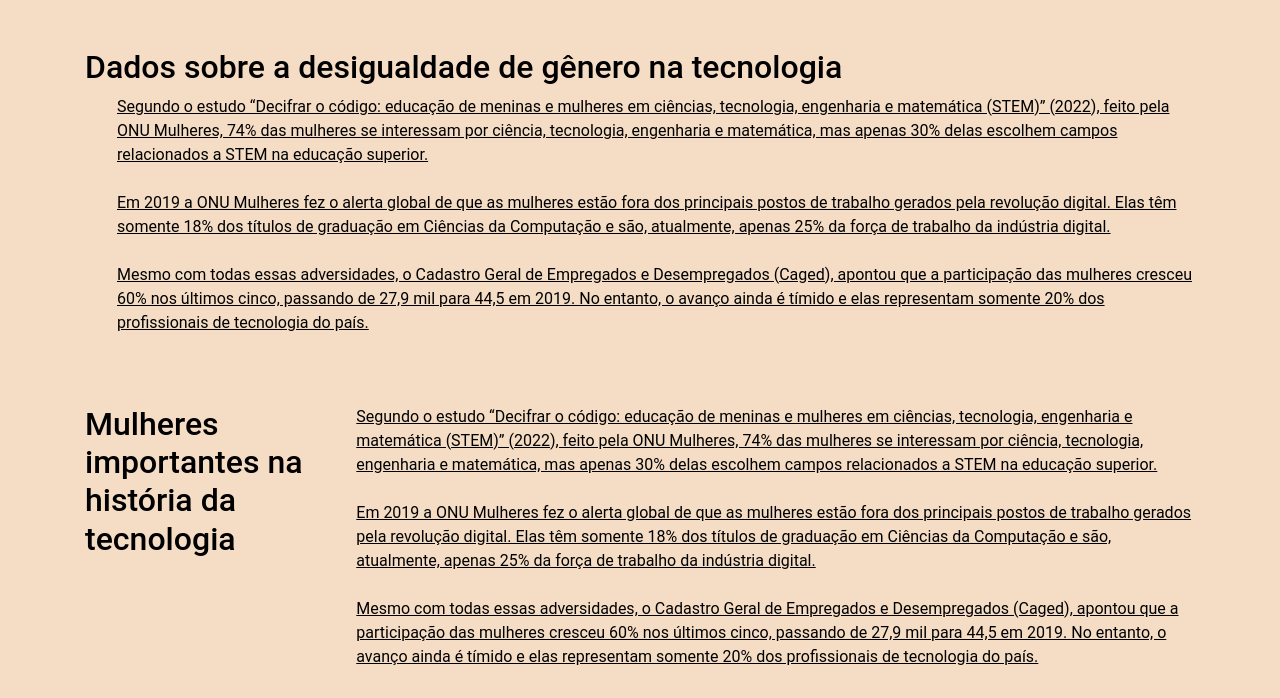
Repository: BellsBarbosa/ODS5_IGUALDADE_DE_GENERO
Page: index.html
These files come from the project's save history. The page is drawn as it stood at one moment and after the next save; the edit follows.
The browser window is 1280 px wide. The pictures show the part of the page from y = 1260 to 1958 px (the page is 2894 px tall before and 2939 px after).
A picture or video elsewhere on the page could not be fetched, so the positions and the page height are approximate.

Above is the page before, as saved 2023-08-11 15:21:51.

After the next save:
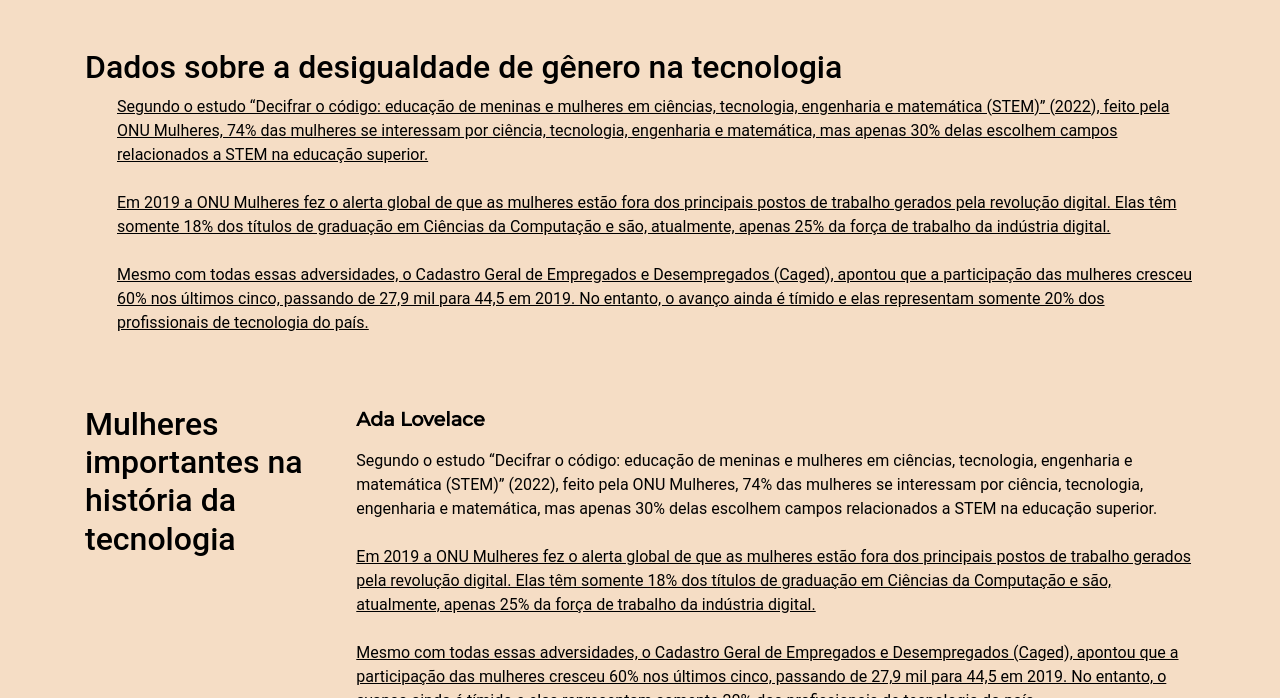
Saved 32 s later.
--- a/index.html
+++ b/index.html
@@ -136,8 +136,7 @@
         <div class="destaques">
             <h2>Mulheres importantes na história da tecnologia</h2>
             <ul>
-                <li> <a href="https://blog.google/intl/pt-br/novidades/por-dentro-do-google/mind-the-gap-2022-incentivando-meninas-a-ingressarem-em-carreiras-na-area-de-tecnologia/#:~:text=Segundo%20o%20estudo%20%E2%80%9CDecifrar%20o,a%20STEM%20na%20educa%C3%A7%C3%A3o%20superior."
-                        class="link" target="_blank">Segundo o estudo “Decifrar o código: educação de
+                <li> <p class="lista-titulo">Ada Lovelace</p>Segundo o estudo “Decifrar o código: educação de
                         meninas e
                         mulheres em ciências, tecnologia, engenharia e matemática (STEM)” (2022), feito pela
                         ONU
